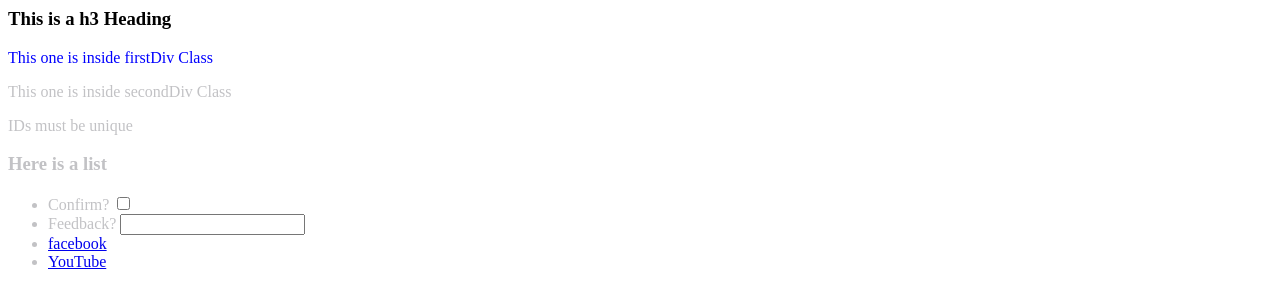
Repository: MonwarAdeeb/Bista_Solutions
Page: HTML & CSS/CSS/Level One/03. Apply Style on Subsets.html
The author's editor kept a copy of each file at every save. The page is drawn from the files as they stood at one save, then again after a run of saves.
The browser window is 1280 px wide. The pictures show the whole page.

Above is the page before, as saved 2021-05-19 17:00:31.

After the next 2 saves:
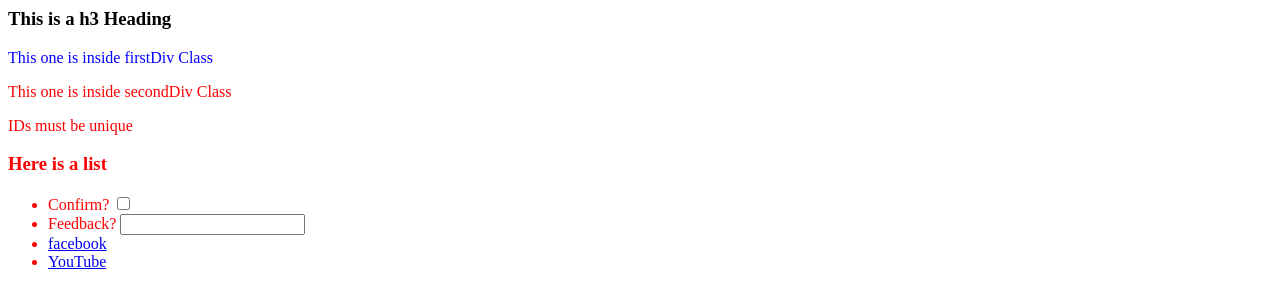
The 2 saves are shown as one change because they came seconds apart.
The last was saved 9 s later.
--- a/HTML & CSS/CSS/Level One/03. Apply Style on Subsets.css
+++ b/HTML & CSS/CSS/Level One/03. Apply Style on Subsets.css
@@ -4,5 +4,5 @@
 }
 
 .secondDiv {
-    color: rgb(194, 194, 197);
-  }
+  color: red;
+}
